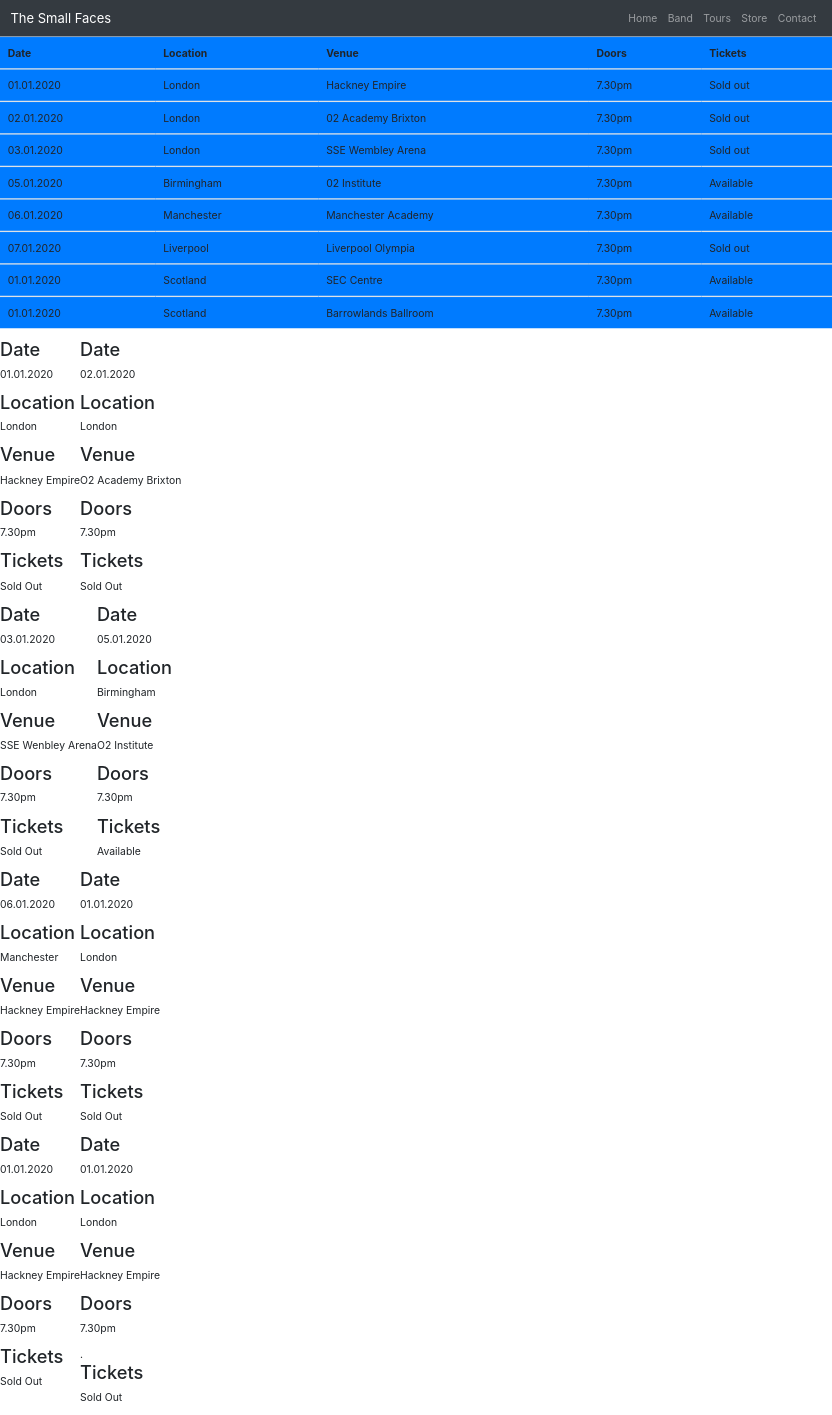
Repository: akshatnitd/User-Centric-FrontEnd-Milestone-Project
Page: tour.html
The author's editor kept a record of every edit. The page is drawn from the files as they stood at one moment, then again after the next edit.
The browser window is 1280 px wide. The pictures show the whole page, at 65% of full size.
Some web libraries are served in a nearby version.

Above is the page before.

### tour.html
<!DOCTYPE html>
<html lang="en">
<head>
    <meta charset="UTF-8">
    <meta name="viewport" content="width=device-width, initial-scale=1, shrink-to-fit=no">
    <meta http-equiv="X-UA-Compatible" content="ie=edge">
    <link href="https://fonts.googleapis.com/css?family=Abril+Fatface" rel="stylesheet">
	<link href="https://fonts.googleapis.com/css?family=Roboto" rel="stylesheet">
	<link href="https://fonts.googleapis.com/css?family=Concert+One&display=swap" rel="stylesheet">
	<link href="https://fonts.googleapis.com/css?family=Fjalla+One&display=swap" rel="stylesheet">
	<link rel="stylesheet" href="https://use.fontawesome.com/releases/v5.12.1/css/all.css">
	<link rel="stylesheet" href="https://stackpath.bootstrapcdn.com/bootstrap/4.4.1/css/bootstrap.min.css" integrity="sha384-Vkoo8x4CGsO3+Hhxv8T/Q5PaXtkKtu6ug5TOeNV6gBiFeWPGFN9MuhOf23Q9Ifjh" crossorigin="anonymous">
	<link href="assets/css/style.css" rel="stylesheet" type="text/css">
    <title>Tours</title>
</head>
<body>
    <header>
      <nav class="navbar navbar-expand-sm navbar-dark bg-dark">
  <a class="navbar-brand" href="index.html">The Small Faces</a>
  <button class="navbar-toggler ml-auto custom-toggler" type="button" data-toggle="collapse" data-target="#navbarNav" aria-controls="navbarNav" aria-expanded="false" aria-label="Toggle navigation">
    <i class="fas fa-bars"></i>
  </button>
  <div class="collapse navbar-collapse" id="navbarNav">
    <ul class="nav navbar-nav ml-auto">
      <li class="nav-item">
        <a class="nav-link" href="index.html">Home</a>
      </li>
      <li class="nav-item">
        <a class="nav-link" href="band.html">Band</a>
      </li>
      <li class="nav-item">
        <a class="nav-link" href="tour.html">Tours</a>
      </li>
      <li class="nav-item">
        <a class="nav-link" href="store.html">Store</a>
      </li>
      <li class="nav-item">
        <a class="nav-link" href="contact.html">Contact</a>
      </li>
    </ul>
    </header>
    <section>
      <div class="table-responsive">
        <table class="table bg-primary table-hover table-header">
          <thead>
            <tr>
              <th scope="col">Date</th>
              <th scope="col">Location</th>
              <th scope="col">Venue</th>
              <th scope="col">Doors</th>
              <th scope="col">Tickets</th>
            </tr>
          </thead>
          <tbody>
            <td>01.01.2020</td>
            <td>London</td>
            <td>Hackney Empire</td>
            <td>7.30pm</td>
            <td>Sold out</td>

          </tbody>
          <tbody>
            <td>02.01.2020</td>
            <td>London</td>
            <td>02 Academy Brixton</td>
            <td>7.30pm</td>
            <td>Sold out</td>
          </tbody>
          <tbody>
            <td>03.01.2020</td>
            <td>London</td>
            <td>SSE Wembley Arena</td>
            <td>7.30pm</td>
            <td>Sold out</td>
          </tbody>
          <tbody>
            <td>05.01.2020</td>
            <td>Birmingham</td>
            <td>02 Institute</td>
            <td>7.30pm</td>
            <td>Available</td>
          </tbody>
          <tbody>
            <td>06.01.2020</td>
            <td>Manchester</td>
            <td>Manchester Academy</td>
            <td>7.30pm</td>
            <td>Available</td>
          </tbody>
          <tbody>
            <td>07.01.2020</td>
            <td>Liverpool</td>
            <td>Liverpool Olympia</td>
            <td>7.30pm</td>
            <td>Sold out</td>
          </tbody>
          <tbody>
            <td>01.01.2020</td>
            <td>Scotland</td>
            <td>SEC Centre</td>
            <td>7.30pm</td>
            <td>Available</td>
          </tbody>
          <tbody>
            <td>01.01.2020</td>
            <td>Scotland</td>
            <td>Barrowlands Ballroom</td>
            <td>7.30pm</td>
            <td>Available</td>
          </tbody>

        </table>
      </div>
      <div class="mobile-tour">
        <div class="col-sm-3">
        	<div class="row">
        		<div class="column">
        			<h3>Date</h3>
        			<p>01.01.2020</p>
        			<h3>Location</h3>
        			<p>London</p>
        			<h3>Venue</h3>
        			<p>Hackney Empire</p>
        			<h3>Doors</h3>
        			<p>7.30pm</p>
        			<h3>Tickets</h3>
        			<p>Sold Out</p>
 					</div>

				<div class="column">
        			<h3>Date</h3>
        			<p>02.01.2020</p>
        			<h3>Location</h3>
        			<p>London</p>
        			<h3>Venue</h3>
        			<p>O2 Academy Brixton</p>
        			<h3>Doors</h3>
        			<p>7.30pm</p>
        			<h3>Tickets</h3>
        			<p>Sold Out</p>
				</div>

				<div class="column">
        			<h3>Date</h3>
        			<p>03.01.2020</p>
        			<h3>Location</h3>
        			<p>London</p>
        			<h3>Venue</h3>
        			<p>SSE Wenbley Arena</p>
        			<h3>Doors</h3>
        			<p>7.30pm</p>
        			<h3>Tickets</h3>
        			<p>Sold Out</p>
				</div>

				<div class="column">
        			<h3>Date</h3>
        			<p>05.01.2020</p>
        			<h3>Location</h3>
        			<p>Birmingham</p>
        			<h3>Venue</h3>
        			<p>O2 Institute</p>
        			<h3>Doors</h3>
        			<p>7.30pm</p>
        			<h3>Tickets</h3>
        			<p>Available</p>
				</div>

		    <div class="column">
        			<h3>Date</h3>
        			<p>06.01.2020</p>
        			<h3>Location</h3>
        			<p>Manchester</p>
        			<h3>Venue</h3>
        			<p>Hackney Empire</p>
        			<h3>Doors</h3>
        			<p>7.30pm</p>
        			<h3>Tickets</h3>
        			<p>Sold Out</p>
				</div>

				<div class="column">
        			<h3>Date</h3>
        			<p>01.01.2020</p>
        			<h3>Location</h3>
        			<p>London</p>
        			<h3>Venue</h3>
        			<p>Hackney Empire</p>
        			<h3>Doors</h3>
        			<p>7.30pm</p>
        			<h3>Tickets</h3>
        			<p>Sold Out</p>
				</div>

				<div class="column">
        			<h3>Date</h3>
        			<p>01.01.2020</p>
        			<h3>Location</h3>
        			<p>London</p>
        			<h3>Venue</h3>
        			<p>Hackney Empire</p>
        			<h3>Doors</h3>
        			<p>7.30pm</p>
        			<h3>Tickets</h3>
        			<p>Sold Out</p>
				</div>

				<div class="column">
        			<h3>Date</h3>
        			<p>01.01.2020</p>
        			<h3>Location</h3>
        			<p>London</p>
        			<h3>Venue</h3>
        			<p>Hackney Empire</p>
        			<h3>Doors</h3>
        			<p>7.30pm</p>
       . 			<h3>Tickets</h3>
        			<p>Sold Out</p>
				</div>
			</div>
		</div>
	</div>
   </section>
    <footer>

    </footer>
    <script src="https://code.jquery.com/jquery-3.3.1.slim.min.js" integrity="sha384-q8i/X+965DzO0rT7abK41JStQIAqVgRVzpbzo5smXKp4YfRvH+8abtTE1Pi6jizo" crossorigin="anonymous"></script>
    <script src="https://cdnjs.cloudflare.com/ajax/libs/popper.js/1.14.3/umd/popper.min.js" integrity="sha384-ZMP7rVo3mIykV+2+9J3UJ46jBk0WLaUAdn689aCwoqbBJiSnjAK/l8WvCWPIPm49" crossorigin="anonymous"></script>
    <script src="https://stackpath.bootstrapcdn.com/bootstrap/4.1.3/js/bootstrap.min.js" integrity="sha384-ChfqqxuZUCnJSK3+MXmPNIyE6ZbWh2IMqE241rYiqJxyMiZ6OW/JmZQ5stwEULTy" crossorigin="anonymous"></script>


</body>
</html>

### assets/css/style.css

/*............................................Heading*/
.container-fluid{
	background-color: #000080;
	position: relative;
	letter-spacing: 2px;
	padding: 10px 10px 10px 10px;
}

.nav-title {
	display: inline-block;
	font-size: 18px;
	font-family: 'Abril Fatface', cursive;
	color: #fff;

}

.nav-links {
	display: inline-block;
	float: right;
	font-size: 18px;
	font-family: 'Abril Fatface', cursive;
}

.nav-links>a {
	display: inline-block;
	text-decoration: none;

}

After the next edit:
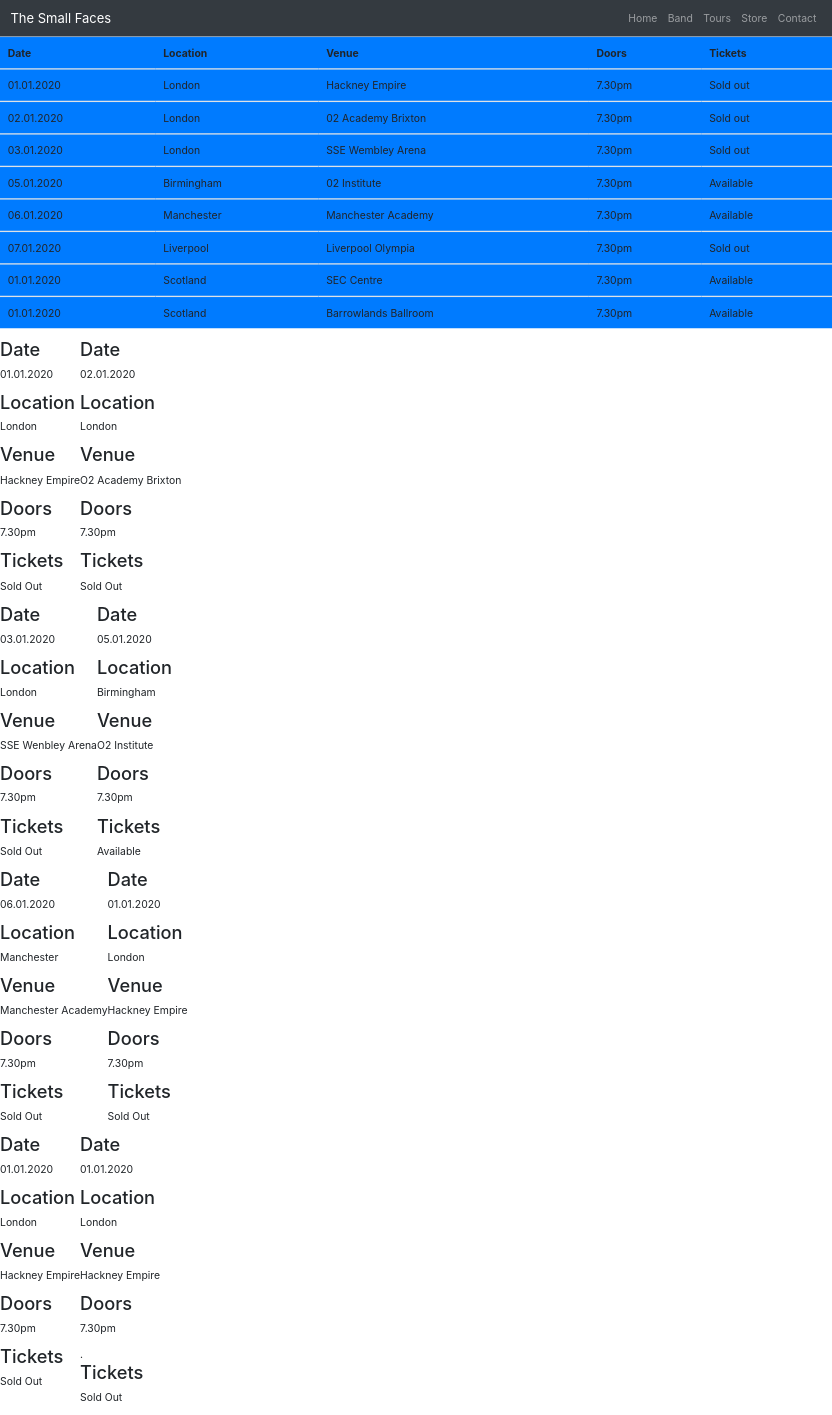
The edit:
--- a/tour.html
+++ b/tour.html
@@ -172,7 +172,7 @@
         			<h3>Location</h3>
         			<p>Manchester</p>
         			<h3>Venue</h3>
-        			<p>Hackney Empire</p>
+        			<p>Manchester Academy</p>
         			<h3>Doors</h3>
         			<p>7.30pm</p>
         			<h3>Tickets</h3>
